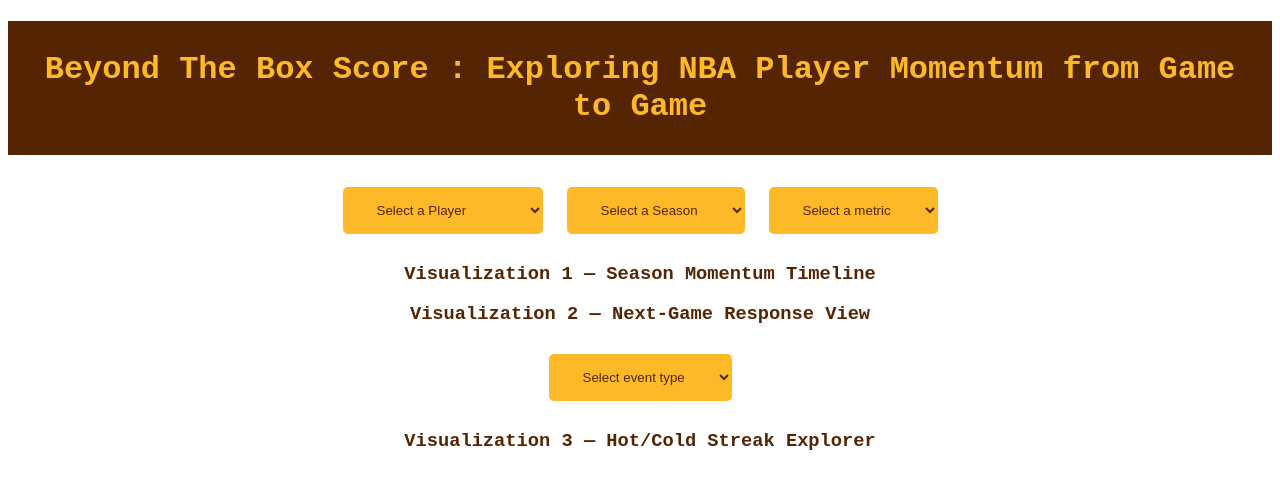
Repository: houdafatih/Data-Viz-Project
Page: index.html
The author's editor kept a copy of each file at every save. The page is drawn from the files as they stood at one save, then again after the next save.
The browser window is 1280 px wide. The pictures show the whole page.

Above is the page before, as saved 2026-06-16 14:42:51.

After the next save:
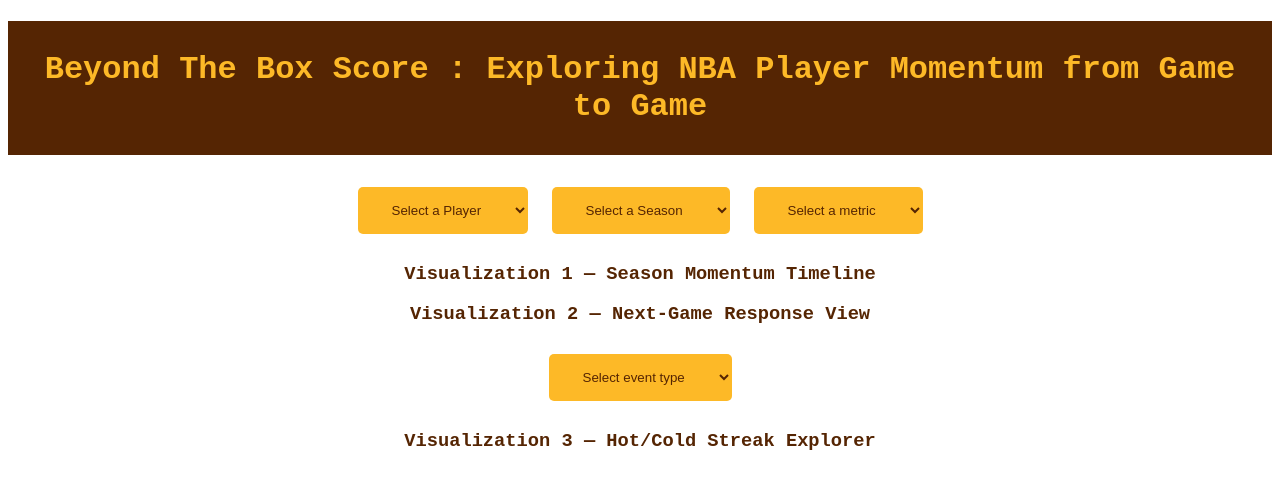
Console error: ReferenceError: lement is not defined
Saved 9 min 47 s later.
--- a/index.js
+++ b/index.js
@@ -4,7 +4,32 @@
 
 d3.csv("data/nba.csv",d3.autoType).then(function(data){
 
-   console.log(data)
+   data.forEach(element => {
+        element.player_name = +element.player_name
+        element.player_id = +element.player_id
+        element.season_year = +element.season_year
+        element.game_id = +element.game_id
+        element.game_date = +element.game_date
+        element.game_index = +element.game_index
+        element.home_away = +lement.home_away
+        element.opponent = +element.opponent
+        element.pts = +element.pts
+        element.fga = +element.fga
+        element.min = +element.min
+        element.fg_pct = +element.fg_pct
+        element.plus_minus = +element.plus_minus
+        element.next_pts = +element.next_pts
+        element.next_fga = +element.next_fga
+        element.next_min = +element.next_min
+        element.next_fg_pct = +element.next_fg_pct
+        element.rolling_pts_avg_3 = +element.rolling_pts_avg_3
+        element.baseline_pts = +element.baseline_pts
+        element.pts_diff_from_baseline = +element.pts_diff_from_baseline
+        element.performance_label = +element.performance_label
+        element.streak_type = +element.streak_type
+        element.streak_length = +element.streak_length
+   });
+
 
    playersData(data)
    seasonData(data)

After the 3 saves that followed:
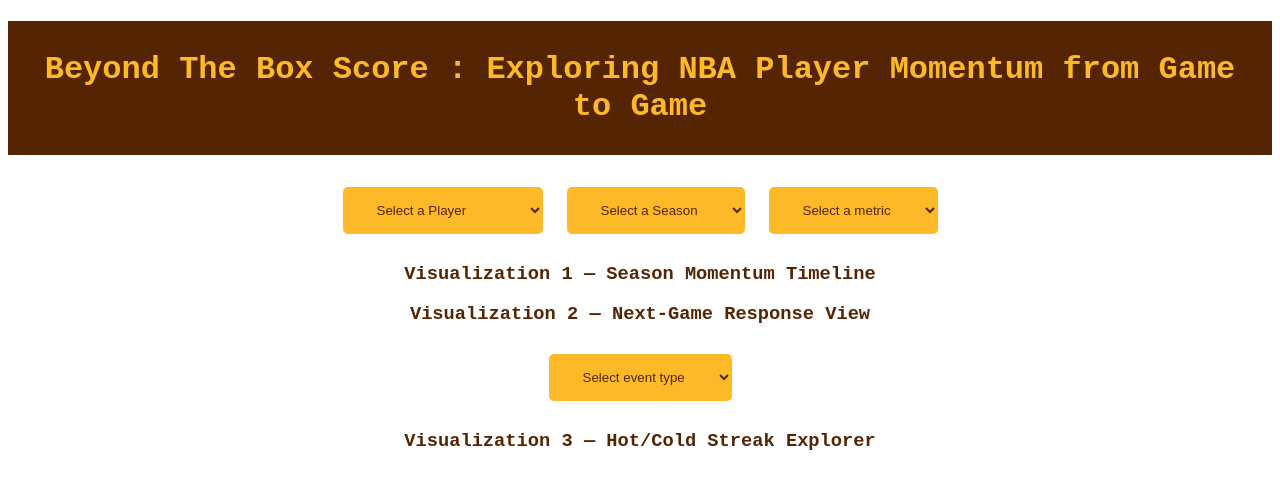
The error is gone.
The 3 saves are shown as one change because 2 left the picture as it was.
The last was saved 5 min 30 s later.
--- a/index.js
+++ b/index.js
@@ -2,17 +2,11 @@
 import { drawVisualization1 } from "./scripts/visualization1.js";
 import { drawVisualization2 } from "./scripts/visualization2.js";
 
-d3.csv("data/nba.csv",d3.autoType).then(function(data){
+d3.csv("data/nba.csv").then(function(data){
 
    data.forEach(element => {
-        element.player_name = +element.player_name
         element.player_id = +element.player_id
-        element.season_year = +element.season_year
-        element.game_id = +element.game_id
-        element.game_date = +element.game_date
         element.game_index = +element.game_index
-        element.home_away = +lement.home_away
-        element.opponent = +element.opponent
         element.pts = +element.pts
         element.fga = +element.fga
         element.min = +element.min
@@ -25,12 +19,10 @@
         element.rolling_pts_avg_3 = +element.rolling_pts_avg_3
         element.baseline_pts = +element.baseline_pts
         element.pts_diff_from_baseline = +element.pts_diff_from_baseline
-        element.performance_label = +element.performance_label
-        element.streak_type = +element.streak_type
         element.streak_length = +element.streak_length
    });
 
-
+   console.log(data)
    playersData(data)
    seasonData(data)
 
